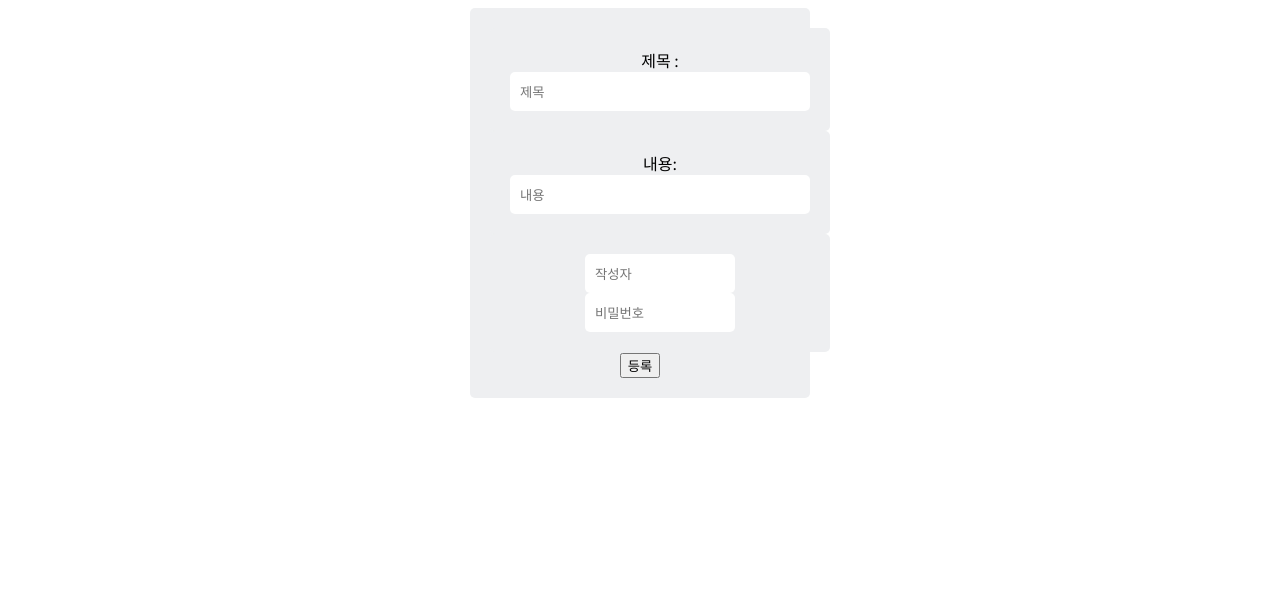
Repository: tae10/app-board-solo
Page: http://localhost/app-board/create
These files come from the project's save history. The page is drawn as it stood at one moment and after the next save; the edit follows.
The browser window is 1280 px wide. The pictures show the whole page.
The page is served by Tomcat 9.

Above is the page before, as saved 2023-04-10 14:23:54.

After the next save:
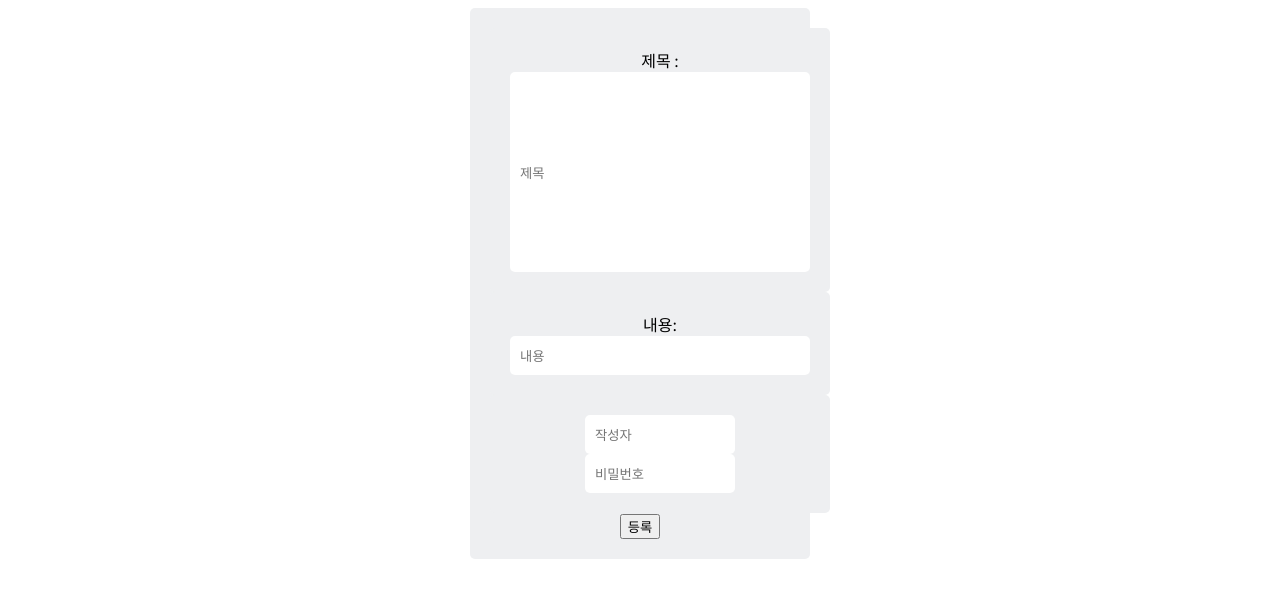
Saved 25 s later.
--- a/app-board/src/main/webapp/WEB-INF/views/board/create.jsp
+++ b/app-board/src/main/webapp/WEB-INF/views/board/create.jsp
@@ -12,7 +12,7 @@
 	<div>
 		<form action="/create-task" autocomplete="off">
 			<div class="sign-form labe">
-				제목 :<input  type="text" name="title" placeholder="제목">
+				제목 :<input style="height:200px" type="text" name="title" placeholder="제목">
 			</div>
 			<div>
 				내용:<input   class="container" type="text" name="content" placeholder="내용" >
